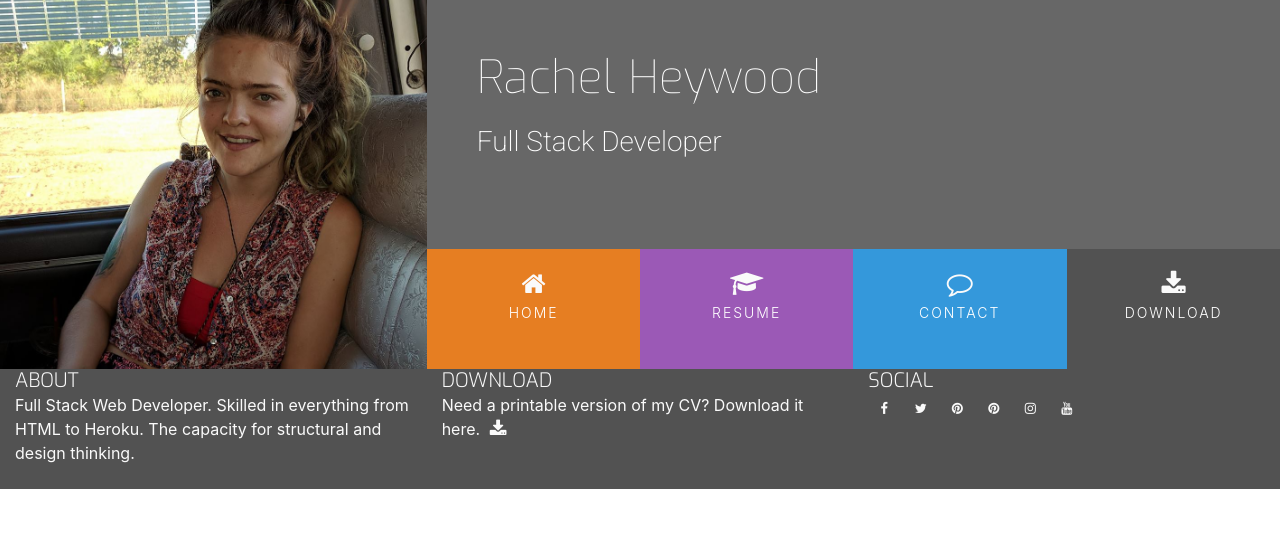
Repository: Heywood93/resume
Page: index.html
The author's editor kept a record of every edit. The page is drawn from the files as they stood at one moment, then again after the next edit.
The browser window is 1280 px wide. The pictures show the whole page.

Above is the page before.

After the next edit:
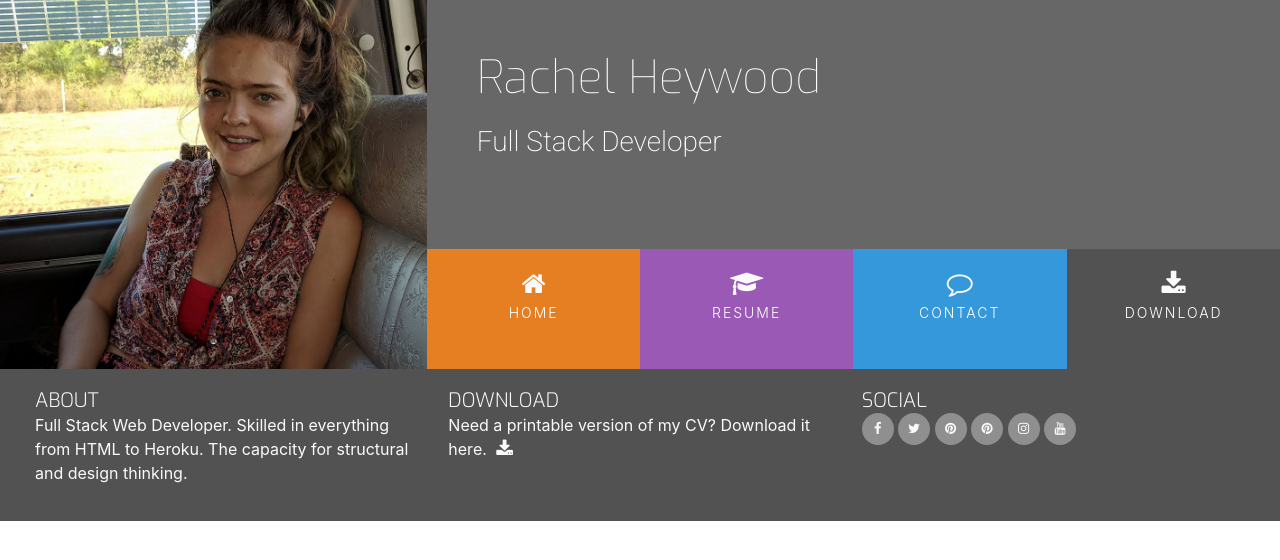
The edit:
--- a/assets/css/style.css
+++ b/assets/css/style.css
@@ -176,5 +176,17 @@
     line-height: 7px;
     text-align: center;
     color: #fafafa;
-    background: ;
+    background: #8f8f8f;
+    transition: all 0.35s ease-in-out;
+    -moz-transition: all 0.35s ease-in-out;
+    -webkit-transition: all 0.35s ease-in-out;
+    -o-transition: all 0.35s ease-in-out;
 }
+
+.social-links li a i:hover {
+    background: #e84610;
+}
+
+#footer-details {
+    padding: 20px;
+}
